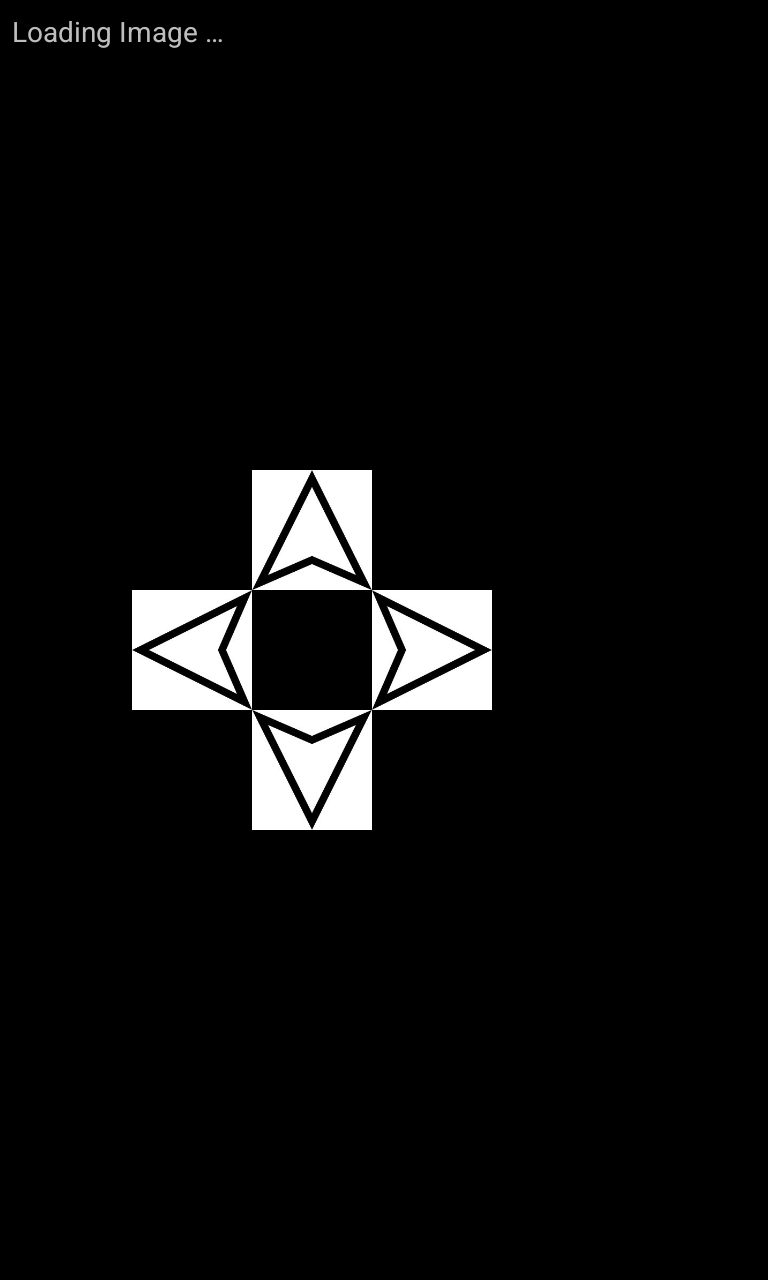
Repository: mintuhouse/AndroidBasedTennisBallCollector_group14_cs308_2012
Layout: android/RemoteTennisBallCollector/res/layout/main.xml
The author's editor kept a copy of each file at every save. The layout is drawn from the files as they stood at one save, then again after the next save.
It is drawn on a 768 x 1280 px phone screen (xhdpi) without system bars, with theme android:Theme; the app's code is not run.

Above is the layout before, as saved 2012-04-07 15:52:55.

After the next save:
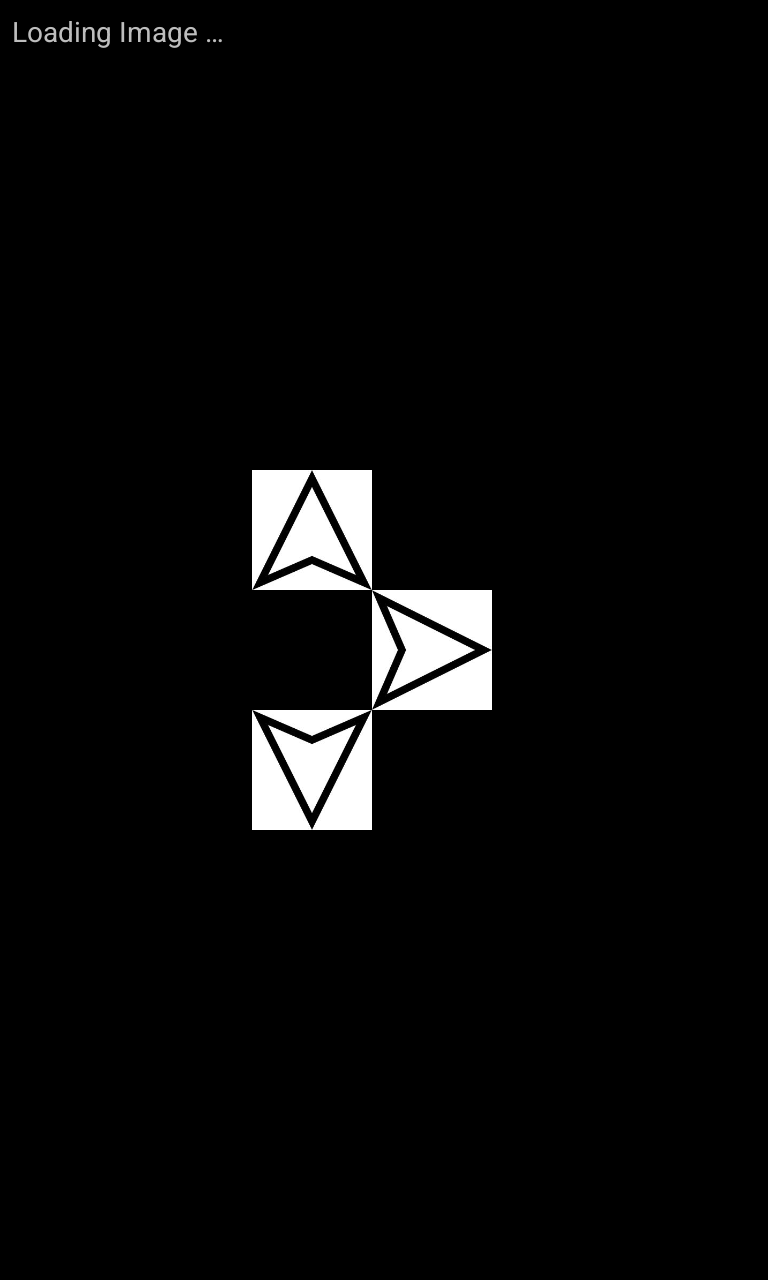
Saved 75 s later.
--- a/android/RemoteTennisBallCollector/res/drawable-hdpi/leftarrow.xml
+++ b/android/RemoteTennisBallCollector/res/drawable-hdpi/leftarrow.xml
@@ -3,6 +3,6 @@
     android:id="@+id/leftarrow"
     >
      <item android:state_pressed="true"
-           android:drawable="@drawable/leftarrow_pressed" /> <!-- pressed -->
+           android:drawable="@assets/leftarrow_pressed" /> <!-- pressed -->
      <item android:drawable="@drawable/leftarrow_normal" /> <!-- default -->
 </selector>
